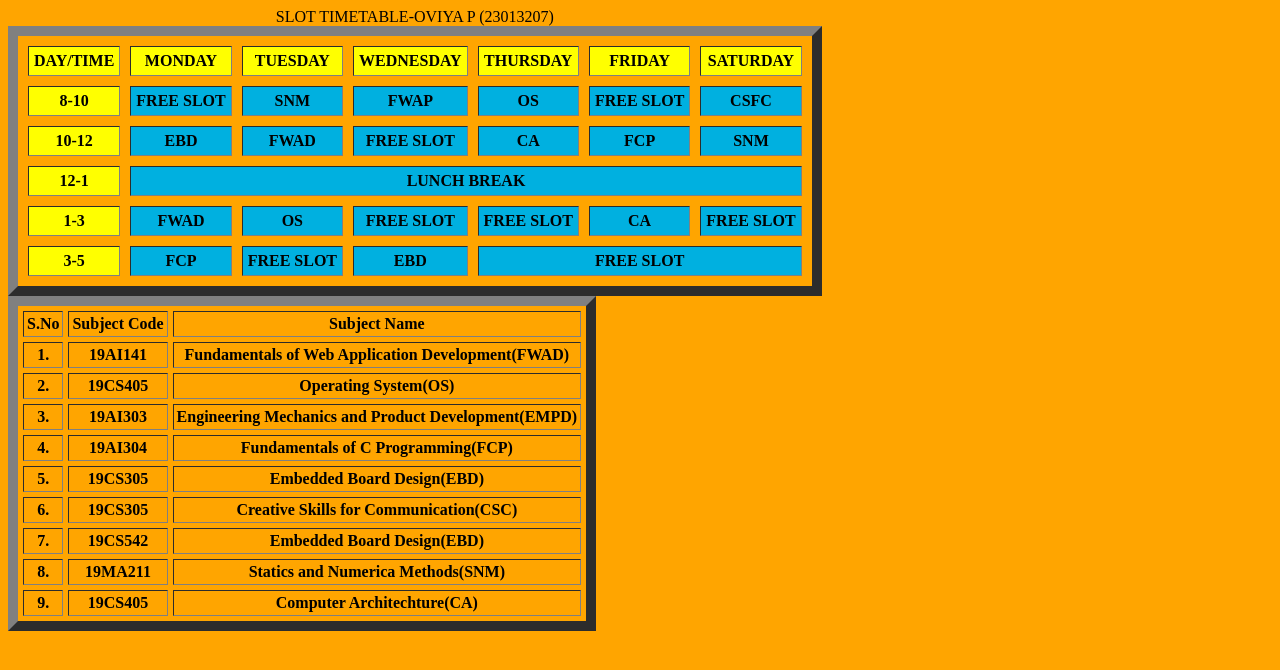
Repository: Oviya24032K6/slot
Page: oviya/static/time.html
An editor plug-in stored every save of this project. The page is shown before and after the next save, followed by the edit.
The browser window is 1280 px wide. The pictures show the whole page.

Above is the page before, as saved 2024-03-13 20:59:23.

After the next save:
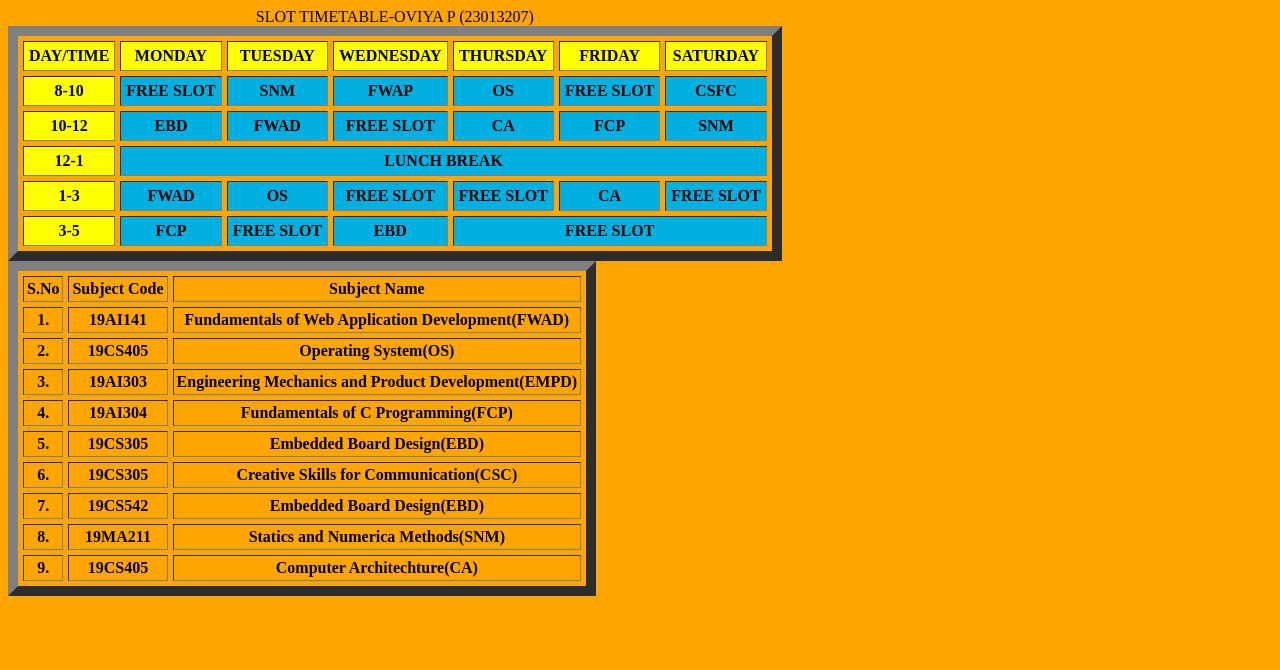
Saved 10 s later.
--- a/oviya/static/time.html
+++ b/oviya/static/time.html
@@ -3,7 +3,7 @@
         <title>SLOT TIMETABLE-OVIYA P (23013207)</title>
     </head>
     <body bgcolor="orange" align="center" >
-    <table align="left" border="10" cellspacing="10" cellpadding="5">
+    <table align="left" border="10" cellspacing="5" cellpadding="5">
     <caption>SLOT TIMETABLE-OVIYA P (23013207)</caption>
         <tr>
             <th bgcolor="yellow">DAY/TIME</th>
